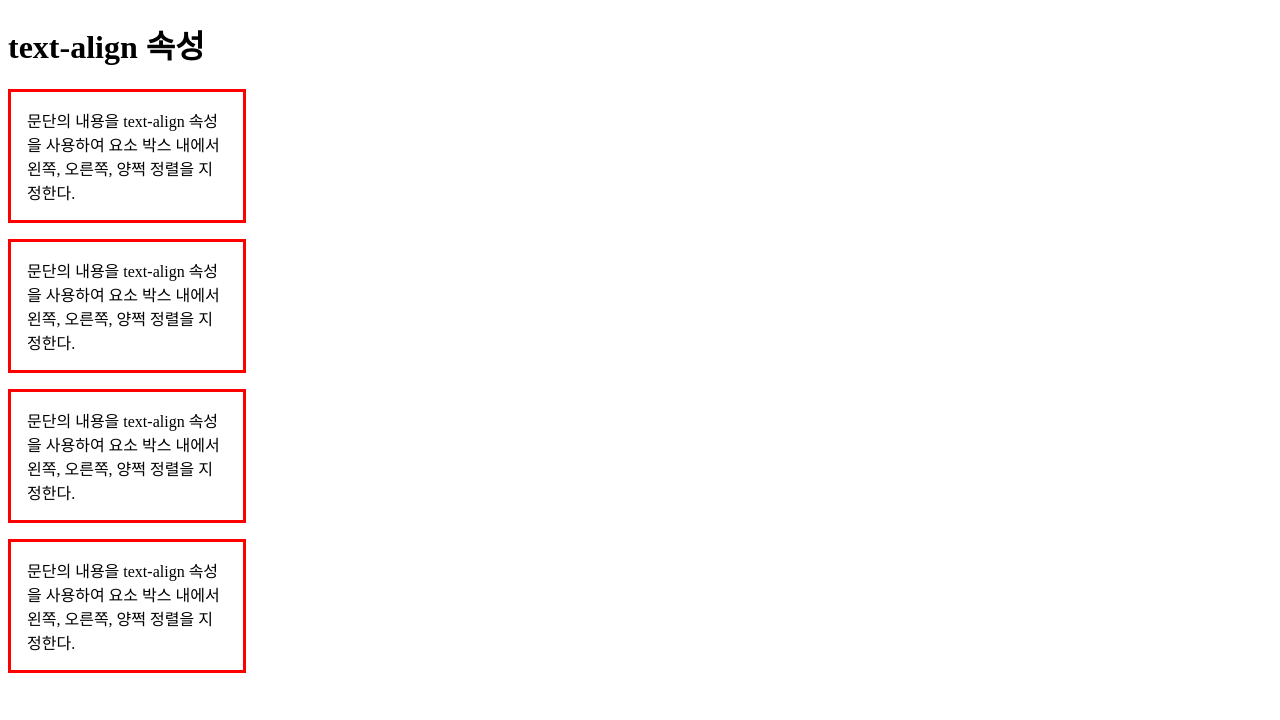
Repository: cussip/SuperHands
Page: WebExam/src/main/webapp/css/fonts/text/text-align.html
An editor plug-in stored every save of this project. The page is shown before and after the next save, followed by the edit.
The browser window is 1280 px wide. The pictures show the whole page.

Above is the page before, as saved 2022-01-31 02:40:16.

### WebExam/src/main/webapp/css/fonts/text/text-align.html
<!DOCTYPE html>
<html>
<head>
	<meta charset="UTF-8">
	<title>text-align.html</title>
	<style>
		p {
			padding: 	1em;
			border: 	3px solid #FF0000;
			width:		200px;
		}
	</style>
</head>
<body>
	<!-- text-align: 단란 내 텍스트의 가로 방향 정렬 방법을 지정한다. -->
	<h1>text-align 속성</h1>
	<p class="left">
		문단의 내용을 text-align 속성을 사용하여 요소 박스 내에서 왼쪽, 오른쪽, 양쩍 정렬을 지정한다.
	</p>
	<p class="center">
		문단의 내용을 text-align 속성을 사용하여 요소 박스 내에서 왼쪽, 오른쪽, 양쩍 정렬을 지정한다.
	</p>
	<p class="right">
		문단의 내용을 text-align 속성을 사용하여 요소 박스 내에서 왼쪽, 오른쪽, 양쩍 정렬을 지정한다.
	</p>
	<p class="justify">
		문단의 내용을 text-align 속성을 사용하여 요소 박스 내에서 왼쪽, 오른쪽, 양쩍 정렬을 지정한다.
	</p>
</body>
</html>

After the next save:
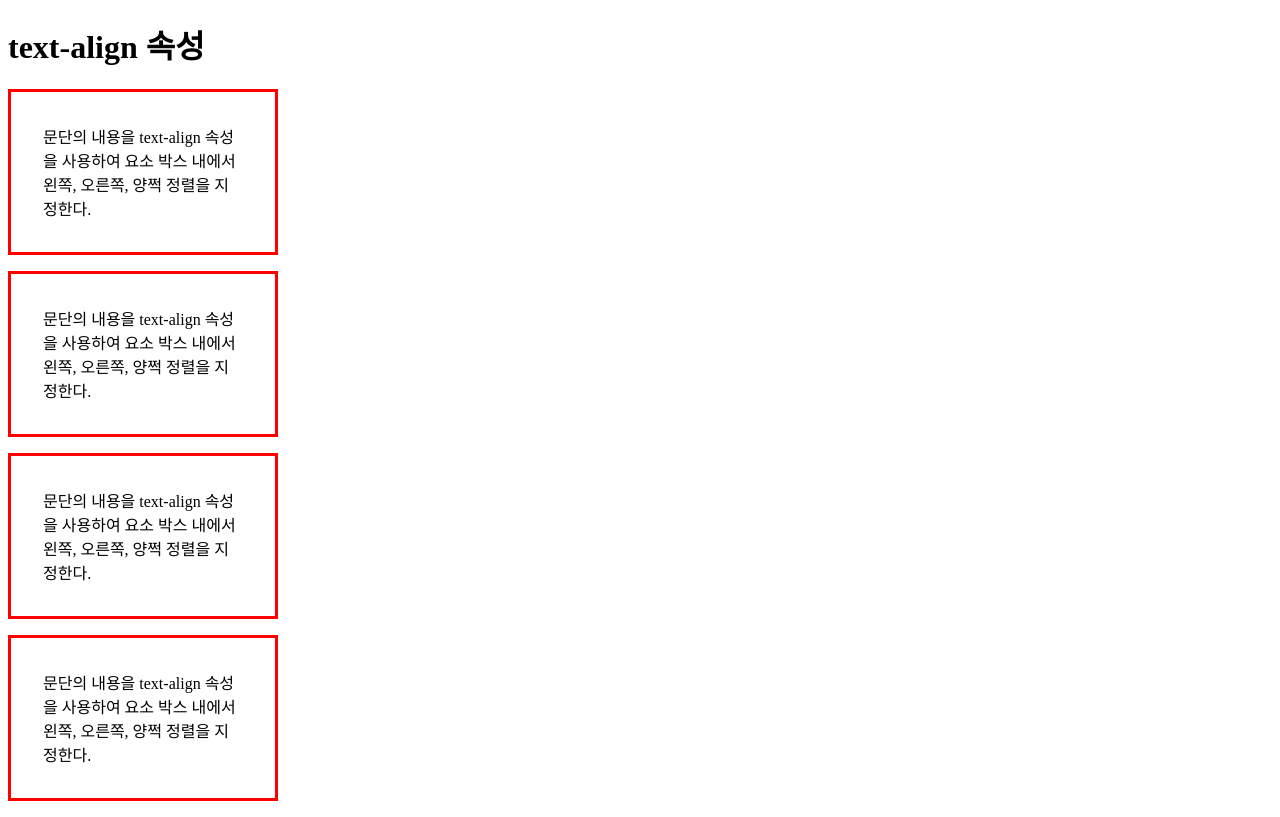
Saved 70 s later.
--- a/WebExam/src/main/webapp/css/fonts/text/text-align.html
+++ b/WebExam/src/main/webapp/css/fonts/text/text-align.html
@@ -5,7 +5,7 @@
 	<title>text-align.html</title>
 	<style>
 		p {
-			padding: 	1em;
+			padding: 	2em;
 			border: 	3px solid #FF0000;
 			width:		200px;
 		}
